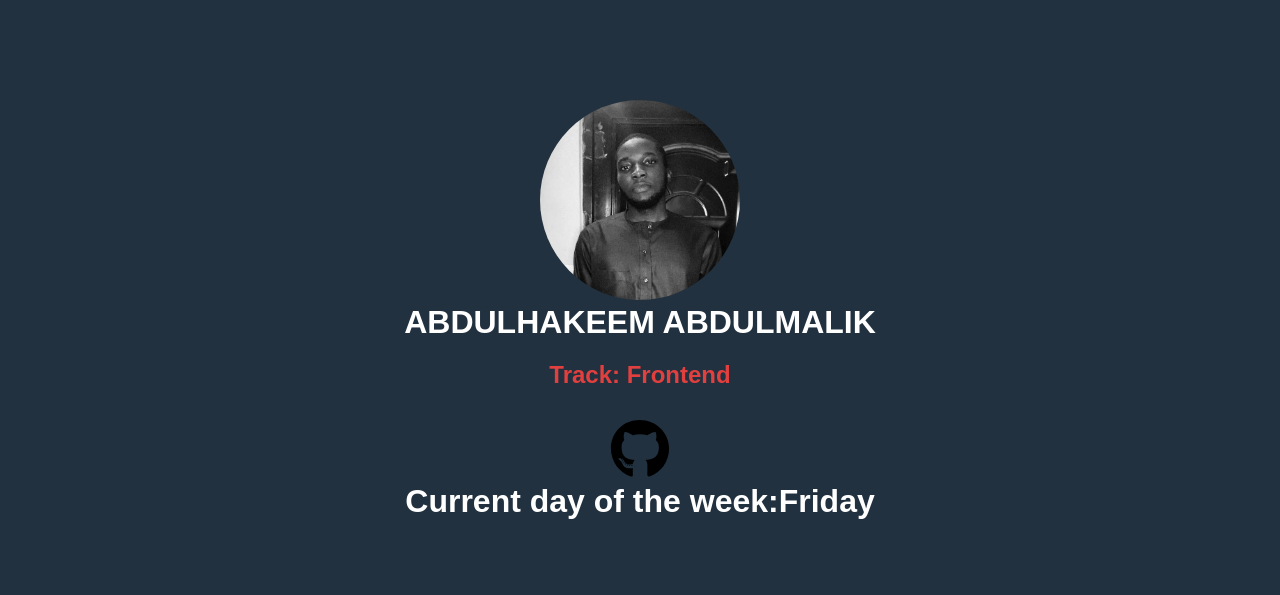
Repository: malikhakeem/HNG-TASK
Page: HNG-TASK1.html
These files come from the project's save history. The page is drawn as it stood at one moment and after the next save; the edit follows.
The browser window is 1280 px wide. The pictures show the whole page.

Above is the page before, as saved 2023-09-08 23:14:50.
Console error: ReferenceError: currentTimeMillis is not defined

After the next save:
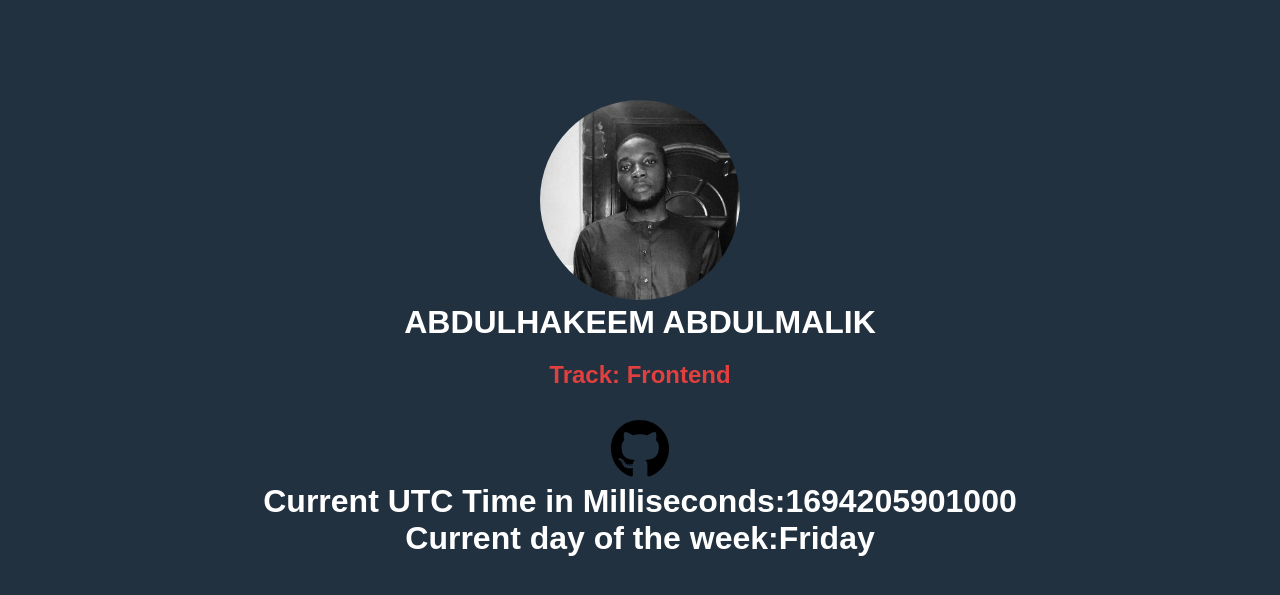
The error is gone.
Saved 33 s later.
--- a/HNG-TASK.js
+++ b/HNG-TASK.js
@@ -1,7 +1,27 @@
+// // const now = new Date();
+
+// // const year = now.getUTCFullYear();
+
+
+// const now = new Date();
+// const day = now.getDay(); // returns a number representing the day of the week, starting with 0 for Sunday
+// const hours = now.getHours();
+// const minutes = now.getMinutes();
+// console.log(`Today is day ${day} and the time is ${hours}:${minutes}.`);
+
+
+
+    let currentTime = new Date();
+    let currentTimeMillis = currentTime.getTime();
+    let currentUTCTime = currentTime.toUTCString();
+
+    console.log("Current time in milliseconds: " + currentTimeMillis);
+    console.log("Current time in UTC: " + currentUTCTime);
+
+
+//  setInterval(updateTime, 1000); // Run updateTime() every second
 
 
 var dateObj = new Date()
 var weekday = dateObj.toLocaleString("default", { weekday: "long" })
 // weekday = "Saturday"
-
-console.log(weekday)
